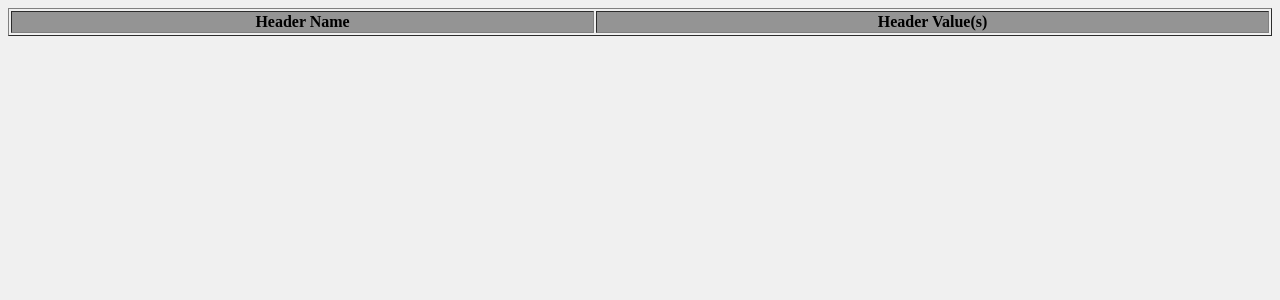
Repository: gvp-yamini/PegaAssignments
Page: http://localhost/J2eeSampleApplication/HttpHeaderRequest
The author's editor kept a copy of each file at every save. The page is drawn from the files as they stood at one save, then again after a run of saves.
The browser window is 1280 px wide. The pictures show the whole page.
The page is served by Tomcat 9.

Above is the page before, as saved 2017-02-03 09:55:07.

After the next 3 saves:
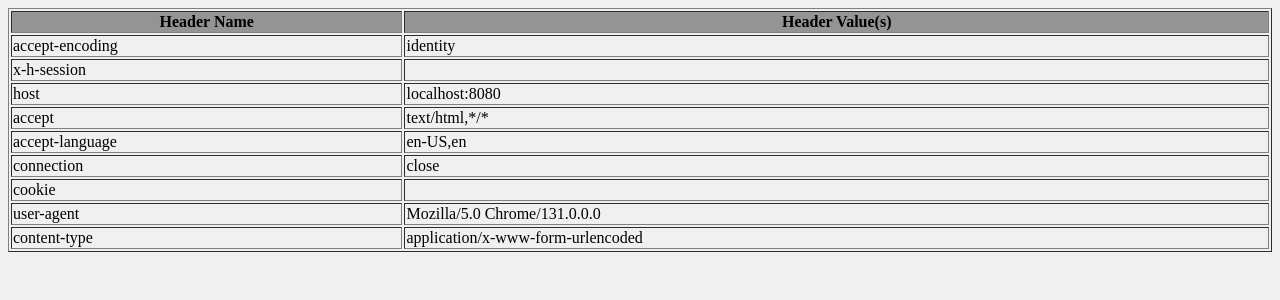
The 3 saves are shown as one change because 2 did not build or start.
The last was saved 38 s later.
--- a/J2eeSampleApplication/src/HttpHeaderRequest.java
+++ b/J2eeSampleApplication/src/HttpHeaderRequest.java
@@ -47,7 +47,14 @@ public class HttpHeaderRequest extends HttpServlet {
 		         "<th>Header Name</th><th>Header Value(s)</th>\n"+
 		         "</tr>\n");
 
-		      Enumeration headerName = request.getHeaderNames();
+		      Enumeration headerNames = request.getHeaderNames();
+
+		      while(headerNames.hasMoreElements()) {
+		          String paramName = (String)headerNames.nextElement();
+		          out.print("<tr><td>" + paramName + "</td>\n");
+		          String paramValue = request.getHeader(paramName);
+		          out.println("<td> " + paramValue + "</td></tr>\n");
+		      }
 	}
 
 	/**
